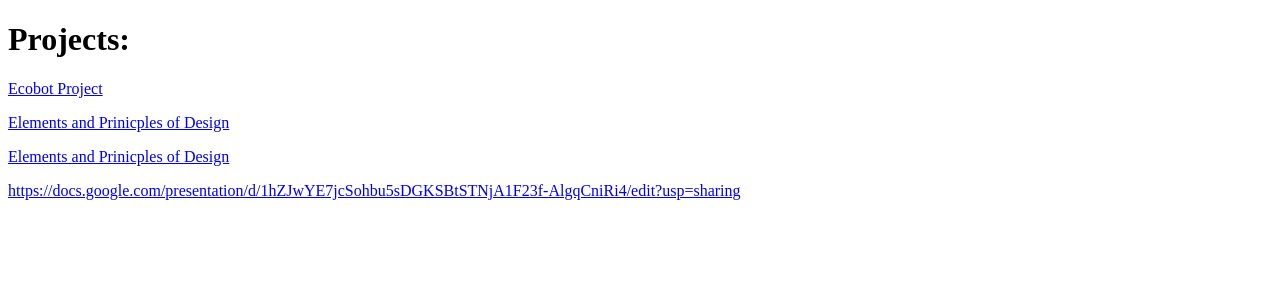
Repository: Isaakwashere/isaakwashere.github.io
Page: Engineering.html
The author's editor kept a record of every edit. The page is drawn from the files as they stood at one moment, then again after the next edit.
The browser window is 1280 px wide. The pictures show the whole page.

Above is the page before.

After the next edit:
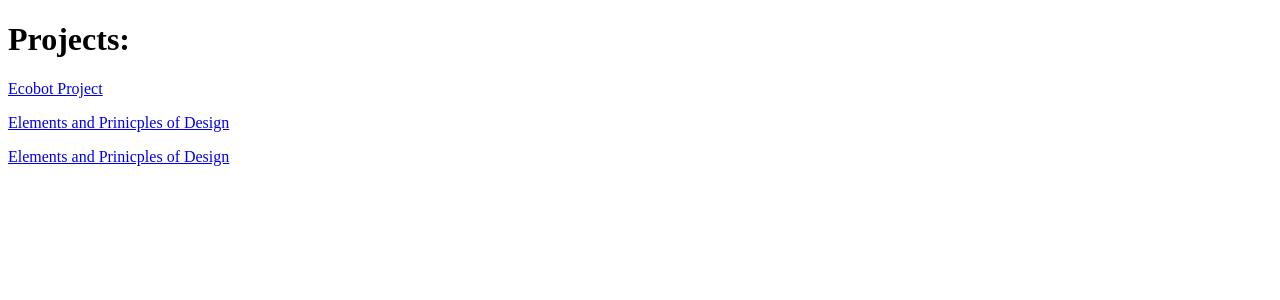
The edit:
--- a/Engineering.html
+++ b/Engineering.html
@@ -19,5 +19,3 @@
 
 </body>
 </html>
-
-https://docs.google.com/presentation/d/1hZJwYE7jcSohbu5sDGKSBtSTNjA1F23f-AlgqCniRi4/edit?usp=sharing
